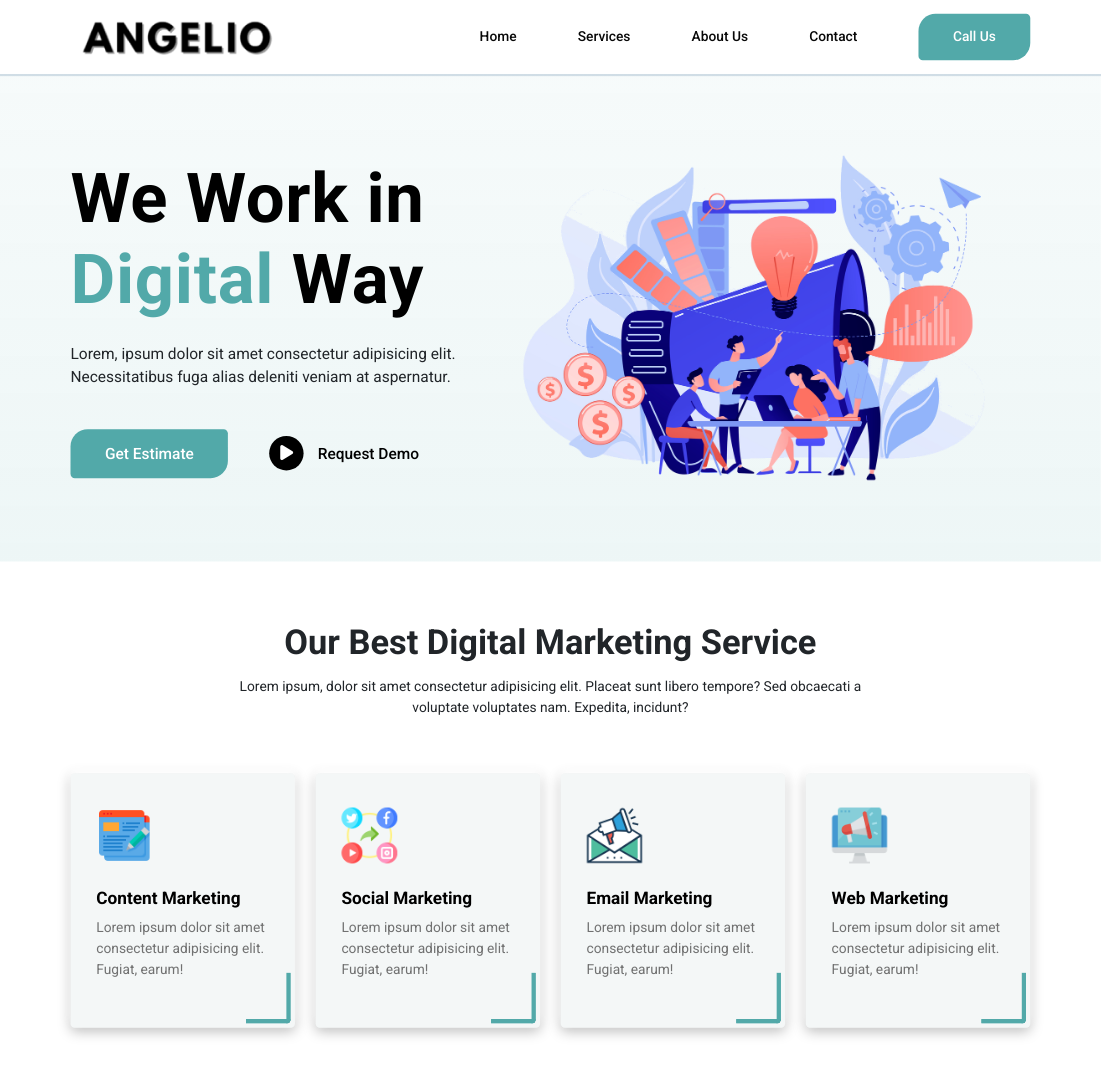
Repository: nazmulalok/landing-page-angelio
Page: index.html
These files come from the project's save history. The page is drawn as it stood at one moment and after the next save; the edit follows.
The browser window is 1280 px wide. The pictures show the whole page, at 86% of full size.

Above is the page before, as saved 2022-09-11 18:06:11.

### index.html
<!DOCTYPE html>
<html lang="en">

    <head>
        <meta charset="UTF-8">
        <meta http-equiv="X-UA-Compatible" content="IE=edge">
        <meta name="viewport" content="width=device-width, initial-scale=1.0">
        <title>Landing Page</title>
        <link rel="preconnect" href="https://fonts.googleapis.com">
        <link rel="preconnect" href="https://fonts.gstatic.com" crossorigin>
        <link rel="stylesheet" href="https://cdnjs.cloudflare.com/ajax/libs/font-awesome/6.2.0/css/all.min.css"
            integrity="sha512-xh6O/CkQoPOWDdYTDqeRdPCVd1SpvCA9XXcUnZS2FmJNp1coAFzvtCN9BmamE+4aHK8yyUHUSCcJHgXloTyT2A=="
            crossorigin="anonymous" referrerpolicy="no-referrer" />
        <link
            href="https://fonts.googleapis.com/css2?family=Roboto:ital,wght@0,300;0,400;0,500;0,700;0,900;1,300;1,400;1,500;1,700;1,900&display=swap"
            rel="stylesheet">
        <link href="https://cdn.jsdelivr.net/npm/bootstrap@5.2.0/dist/css/bootstrap.min.css" rel="stylesheet"
            integrity="sha384-gH2yIJqKdNHPEq0n4Mqa/HGKIhSkIHeL5AyhkYV8i59U5AR6csBvApHHNl/vI1Bx" crossorigin="anonymous">
        <link rel="stylesheet" href="style.css">
    </head>

    <body>
        <header>
            <nav>
                <div class="container">
                    <div class="row align-items-center">
                        <div class="col-lg-5">
                            <div class="logo">
                                <a href="/"><img src="images/angelio-logo.png" alt="Angelio Logo" width="250"
                                        height="66"></a>
                            </div>
                        </div>
                        <div class="col-lg-7 d-flex justify-content-end">
                            <ul>
                                <li><a href="/">Home</a></li>
                                <li><a href="/services.html">Services</a></li>
                                <li><a href="/about-us.html">About Us</a></li>
                                <li><a href="/contact.html">Contact</a></li>
                                <li class="nav-cta"><a href="tel:000-000-0000">Call Us</a></li>
                            </ul>
                        </div>
                    </div>
                </div>
            </nav>
        </header>
        <section class="sec-padding banner-sec">
            <div class="container">
                <div class="row align-items-center">
                    <div class="col-lg-7 order-lg-last">
                        <img src="images/angelio-digital-marketing.png" alt="">
                    </div>
                    <div class="col-lg-5">
                        <div class="large-heading">We Work in <span class="color-text">Digital</span> Way</div>
                        <p>Lorem, ipsum dolor sit amet consectetur adipisicing elit. Necessitatibus fuga alias deleniti
                            veniam at aspernatur.</p>
                        <div class="d-flex align-items-center mt-5"><a href="/contact-us" class="main-btn me-5">Get
                                Estimate</a>
                            <a href="/contact-us" class="play-btn"><i class="fas fa-play me-3"></i>Request Demo</a>
                        </div>
                    </div>
                </div>
            </div>
        </section>
        <section class="sec-padding">
            <div class="container">
                <div class="row justify-content-center">
                    <div class="col-md-8">
                        <div class="text-center">
                            <h1>
                                Our Best Digital Marketing Service
                            </h1>
                            <p>Lorem ipsum, dolor sit amet consectetur adipisicing elit. Placeat sunt
                                libero
                                tempore? Sed obcaecati a voluptate voluptates nam. Expedita, incidunt?</p>
                        </div>
                    </div>
                </div>
                <div class="row align-items-center mt-5">
                    <div class="col-lg-3">
                        <div class="service-box">
                            <div class="service-icon">
                                <img src="images/content-marketing.png" alt="Content Marketing">
                            </div>
                            <div class="service-content">
                                <a href="#">Content Marketing</a>
                                <p>Lorem ipsum dolor sit amet consectetur adipisicing elit. Fugiat, earum!</p>
                            </div>
                        </div>
                    </div>
                    <div class="col-lg-3">
                        <div class="service-box">
                            <div class="service-icon">
                                <img src="images/social-marketing.png" alt="Social Marketing">
                            </div>
                            <div class="service-content">
                                <a href="#">Social Marketing</a>
                                <p>Lorem ipsum dolor sit amet consectetur adipisicing elit. Fugiat, earum!</p>
                            </div>
                        </div>
                    </div>
                    <div class="col-lg-3">
                        <div class="service-box">
                            <div class="service-icon">
                                <img src="images/email-marketing.png" alt="Email Marketing">
                            </div>
                            <div class="service-content">
                                <a href="#">Email Marketing</a>
                                <p>Lorem ipsum dolor sit amet consectetur adipisicing elit. Fugiat, earum!</p>
                            </div>
                        </div>
                    </div>
                    <div class="col-lg-3">
                        <div class="service-box">
                            <div class="service-icon">
                                <img src="images/web-marketing.png" alt="Web Marketing">
                            </div>
                            <div class="service-content">
                                <a href="#">Web Marketing</a>
                                <p>Lorem ipsum dolor sit amet consectetur adipisicing elit. Fugiat, earum!</p>
                            </div>
                        </div>
                    </div>
                </div>
            </div>
        </section>


        <script src="https://cdn.jsdelivr.net/npm/bootstrap@5.2.0/dist/js/bootstrap.bundle.min.js"
            integrity="sha384-A3rJD856KowSb7dwlZdYEkO39Gagi7vIsF0jrRAoQmDKKtQBHUuLZ9AsSv4jD4Xa"
            crossorigin="anonymous"></script>
    </body>

</html>

### style.css
:root {
    --primary-color: #52a9a9;
    --secondary-color: #000000;
    --main-font: 'Roboto', sans-serif;
}

body {
    font-family: var(--main-font);
}

nav {
    padding: 10px 0px;
    box-shadow: 0 1px 1px 1px #14477e2b;
}

nav ul {
    list-style-type: none;
    display: flex;
    justify-content: flex-end;
    margin: 0;
    padding: 0;
    align-items: center;
    gap: 20%;
    white-space: nowrap;
}

nav ul li a {
    color: #080808;
    text-decoration: none;
    display: block;
    position: relative;
    font-weight: 500;
}

nav ul li a:hover {
    color: #52a9a9;
}

li.nav-cta a {
    background: #008080ad;
    padding: 15px 40px;
    color: #fff;
    border-radius: 20px 5px;
    transition: all 0.3s ease;
}

li.nav-cta a:hover {
    background: #000;
    color: #fff;
    border-radius: 5px 20px;
    transition: all 0.3s ease;
}

li.nav-cta a:before {
    content: "";
    width: 0%;
    height: 0px;
    position: absolute;
    left: 0;
    bottom: 0;
    transition: none;
    transform: none;
    background: none;
    transform-origin: 0%;
}

li.nav-cta a:hover:before {
    transform: none;
    transform-origin: 0%;
}

nav ul li a:before {
    content: "";
    width: 100%;
    height: 2px;
    position: absolute;
    left: 0;
    bottom: 0;
    transition: 0.4s transform ease;
    transform: scale3d(0, 1, 1);
    background: #52a9a9;
    transform-origin: 100% 50%;
}

nav ul li a:hover::before {
    transform: scale3d(1, 1, 1);
    transform-origin: 0 50%;
}

.sec-padding {
    padding: 70px 0px;
}

.banner-sec {
    background-image: linear-gradient(rgb(82 169 169 / 5%), rgb(82 169 169 / 10%));
    background-size: cover;
    background-position: center;
}

.banner-sec img {
    width: 100%;
}

.large-heading {
    font-size: 80px;
    color: #000;
    font-weight: 600;
    letter-spacing: 0.8px;
    line-height: normal;
    margin-bottom: 25px;
}

.banner-sec p {
    font-size: 18px;
}

.color-text {
    color: var(--primary-color);
}

a.main-btn {
    color: #fff;
    background: #52a9a9;
    padding: 15px 40px;
    font-weight: 500;
    font-size: 18px;
    text-decoration: none;
    border-radius: 20px 5px;
    transition: all 0.3s ease;
}

a.main-btn:hover {
    background: #000;
    color: #fff;
    border-radius: 5px 20px;
    transition: all 0.3s ease;
}

a.play-btn {
    display: inline-flex;
    align-items: center;
    justify-content: center;
    color: #000;
    text-decoration: none;
    font-weight: 500;
    font-size: 18px;
}

.play-btn .fa-play {
    width: 40px;
    height: 40px;
    color: #fff;
    font-size: 20px;
    background: #000;
    display: inline-flex;
    align-items: center;
    justify-content: center;
    border-radius: 50%;
    transition: all 0.3s ease;
}

.play-btn:hover i {
    background: #52a9a9;
}

/* Headings */

h1,
h2,
h3,
h4,
h5,
h6 {
    margin-bottom: 1rem;
    font-weight: 700;
}

/* Service Box */

.service-box {
    position: relative;
    background: rgb(197 214 214 / 20%);
    padding: 40px 30px;
    box-shadow: 0px -6px 10px white, 0px 4px 15px rgb(0 0 0 / 27%);
    border-radius: 5px;
}

.service-box:before {
    position: absolute;
    content: "";
    height: 20%;
    width: 20%;
    bottom: 5px;
    right: 5px;
    border-bottom-right-radius: 5px;
    border-bottom: 5px solid #52a9a9;
    border-right: 5px solid #52a9a9;
}

.service-box:after {
    position: absolute;
    content: "";
    height: 20%;
    width: 20%;
    bottom: 5px;
    right: 5px;
    border-bottom-right-radius: 5px;
    border-bottom: 5px solid #52a9a9;
    border-right: 5px solid #52a9a9;
}

.service-box .service-icon {
    width: 80px;
    height: 80px;
    margin-bottom: 10px;
}

.service-box .service-icon img {
    width: 65px;
}

.service-box .service-content a {
    display: inline-block;
    color: #000;
    font-size: 20px;
    font-weight: 600;
    text-decoration: none;
    margin-bottom: 8px;
}

.service-box .service-content p {
    color: #575757d6;
}

After the next save:
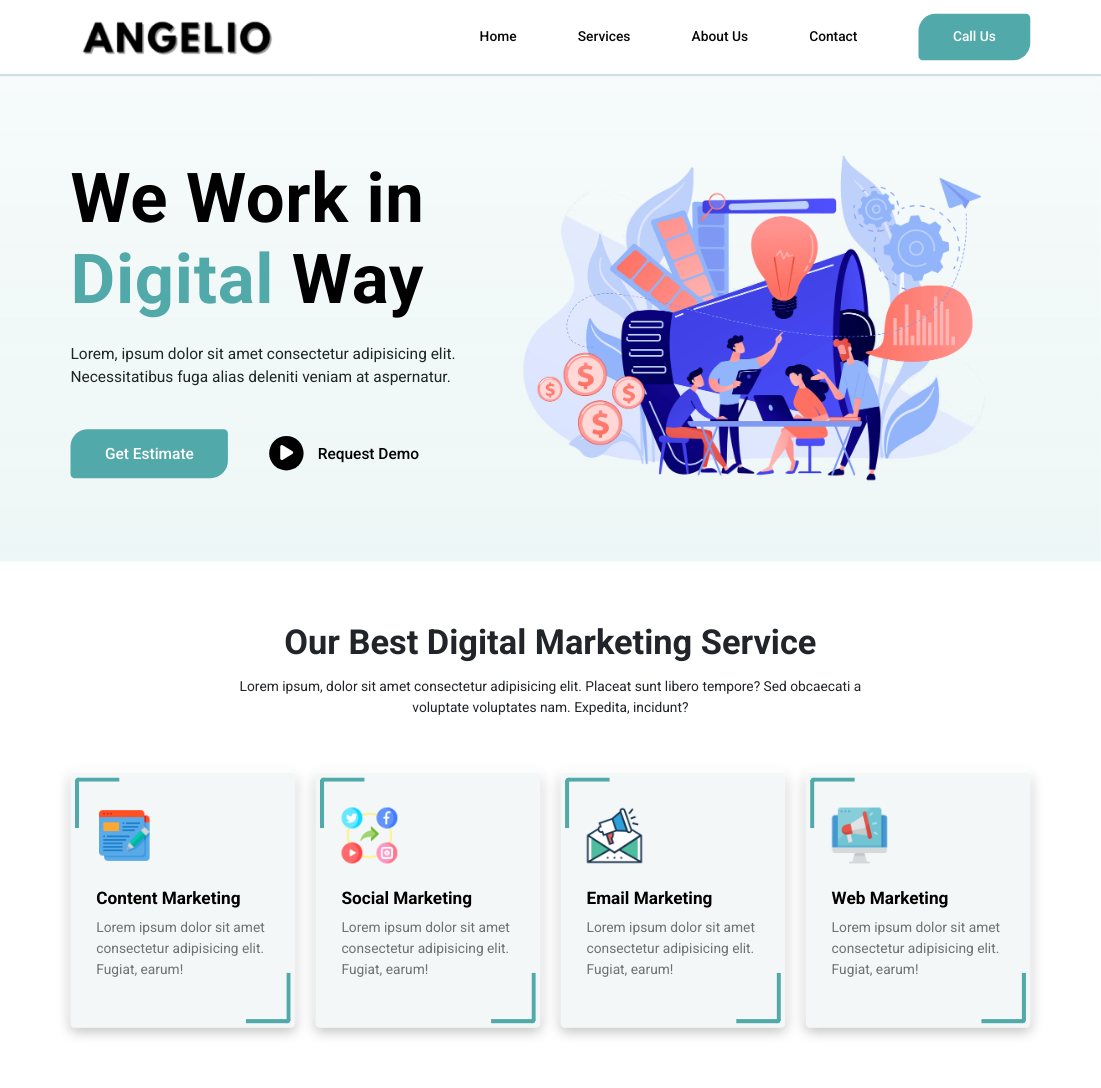
Saved 3 min 30 s later.
--- a/style.css
+++ b/style.css
@@ -190,11 +190,11 @@
     content: "";
     height: 20%;
     width: 20%;
-    bottom: 5px;
-    right: 5px;
-    border-bottom-right-radius: 5px;
-    border-bottom: 5px solid #52a9a9;
-    border-right: 5px solid #52a9a9;
+    top: 5px;
+    left: 5px;
+    border-top-left-radius: 5px;
+    border-top: 5px solid #52a9a9;
+    border-left: 5px solid #52a9a9;
 }
 
 .service-box:after {

After the save that followed:
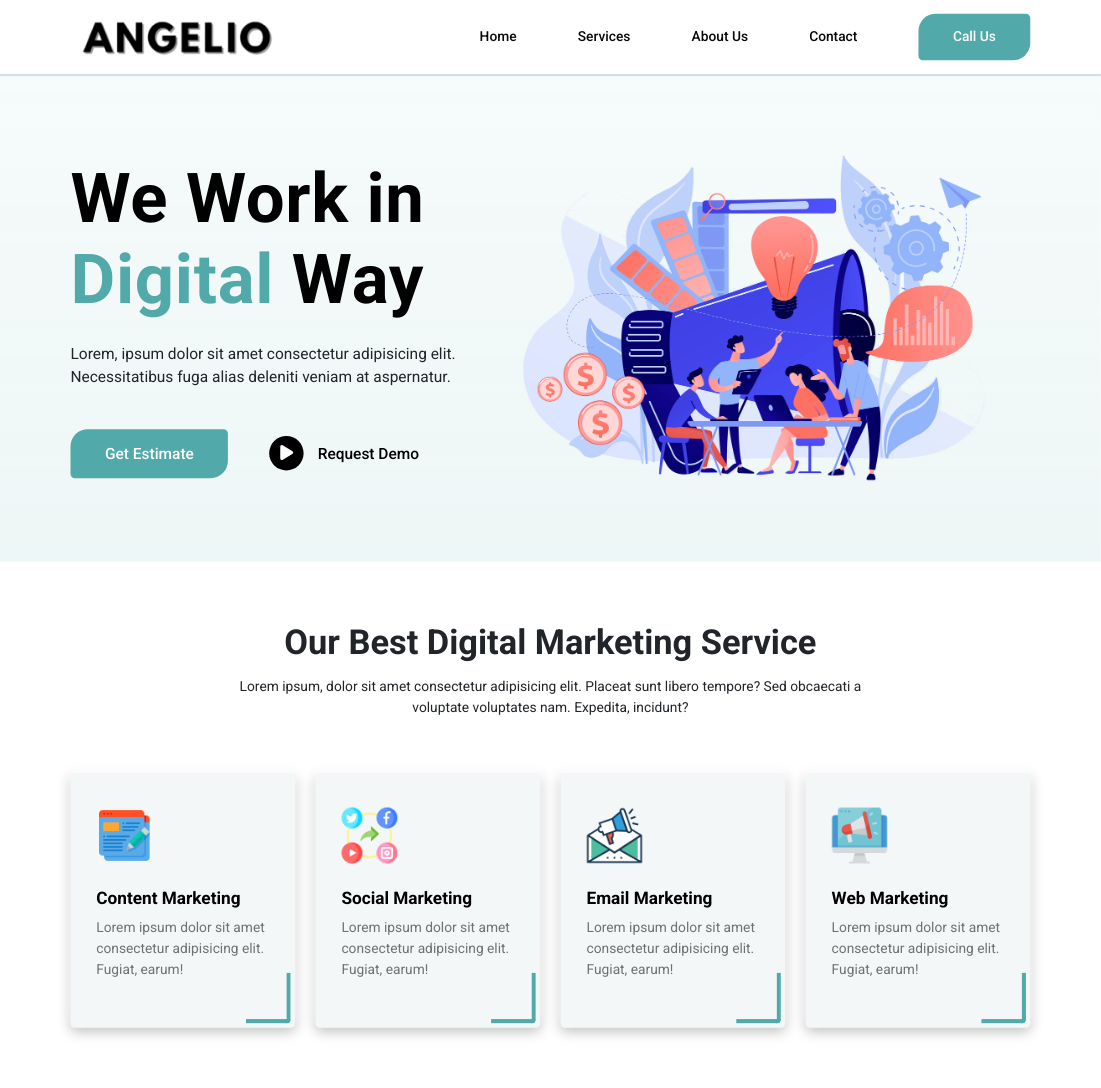
Saved 48 s later.
--- a/style.css
+++ b/style.css
@@ -185,18 +185,6 @@
     border-radius: 5px;
 }
 
-.service-box:before {
-    position: absolute;
-    content: "";
-    height: 20%;
-    width: 20%;
-    top: 5px;
-    left: 5px;
-    border-top-left-radius: 5px;
-    border-top: 5px solid #52a9a9;
-    border-left: 5px solid #52a9a9;
-}
-
 .service-box:after {
     position: absolute;
     content: "";
